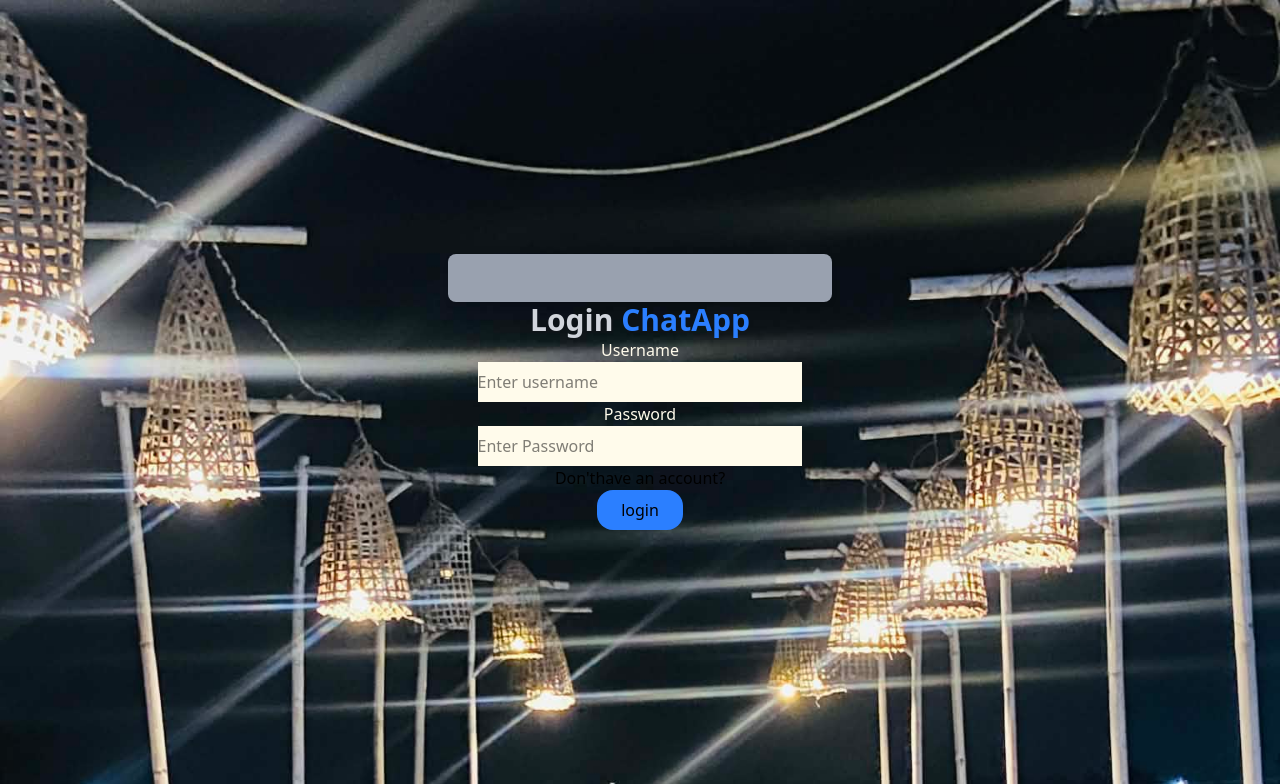
Repository: ridhukhan/chatapp
Page: / (app in frontend/)
These files come from the project's save history. The page is drawn as it stood at one moment and after the next save; the edit follows.
The browser window is 1280 px wide. The pictures show the whole page.
Backgrounds fixed to the window are drawn as part of the page. The project was rebuilt for these pictures with package versions that can differ from the ones it lists, and the page was loaded fresh each time. Also part of the build but not shown: frontend/vite.config.js.

Above is the page before, as saved 2025-12-25 13:02:30.

### frontend/src/index.css
@import "tailwindcss";


body{

background-image: url("/bg1.jpeg");
background-repeat: no-repeat;
background-size: cover;
background-position: center;
background-attachment: fixed;
}

### frontend/src/App.jsx

import './App.css'
import Login from './Pages/login/Login'

function App() {

  return (
    <div className='p-4 h-screen flex items-center justify-center'>
     <Login/>
    </div>
  )
}

export default App

### frontend/src/Pages/login/Login.jsx
import React from 'react'
import { useState } from 'react'
const Login = () => {
const [username,setUsername]=useState("")
const [password,setPassword]=useState("")


  return (
    <div className='flex flex-col items-center justify-center min-w-96 mx-auto'>

<div className='w-full p-6 rounded-lg shadow-md bg-gray-400 bg-clip-padding backdrop-filter backdrop-blur-lg bg-opacity-0'></div>
<h1 className='text-3xl font-semibold text-center text-gray-300'>
					Login
					<span className='text-blue-500'> ChatApp</span>
				</h1>

<form>

<div>
    <label className='label p-2'>
        <span className='text-base label-text text-amber-50'>Username</span>
    </label>
    <input type="text" placeholder='Enter username'  className='w-full input input-borderd h-10 bg-amber-50'
    value={username}
    onChange={(e)=>setUsername(e.target.value)}

    />
</div>
<div>
    <label className='label p-2'>
        <span className='text-base label-text text-amber-50'>Password</span>
    </label>
    <input type="text" placeholder='Enter Password'  className='w-full input input-borderd h-10 bg-amber-50'
    value={password}
    onChange={(e)=>setPassword(e.target.value)}

    />
</div>
<a href='#'>{"Don't" }have an account?</a>

<div>
<button className='bg-blue-500 px-6 rounded-2xl py-2'> login</button>

</div>
</form>

    </div>
  )
}

export default Login

Loaded but not shown: frontend/index.html (common file); frontend/src/main.jsx (common file); frontend/src/App.css (common file)

After the next save:
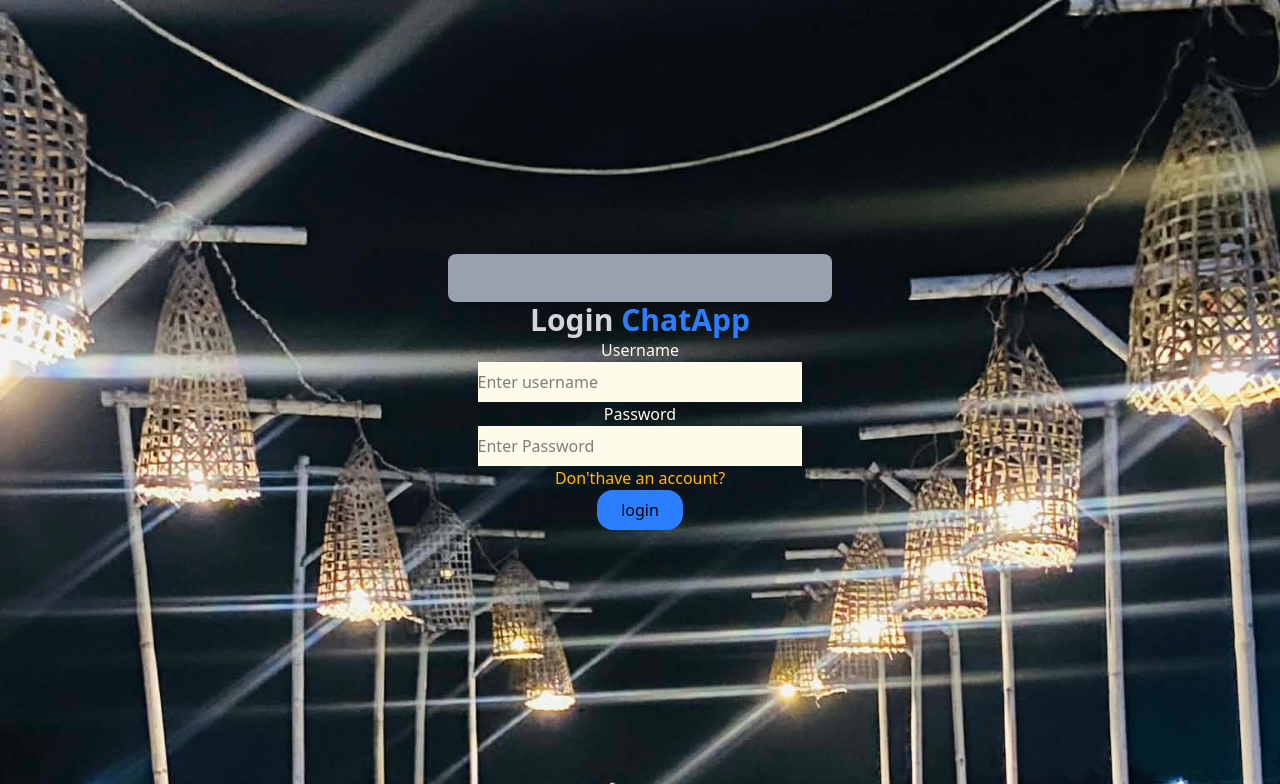
Saved 75 s later.
--- a/frontend/src/Pages/login/Login.jsx
+++ b/frontend/src/Pages/login/Login.jsx
@@ -36,7 +36,7 @@
 
     />
 </div>
-<a href='#'>{"Don't" }have an account?</a>
+<a href='#' className='text-amber-400'>{"Don't" }have an account?</a>
 
 <div>
 <button className='bg-blue-500 px-6 rounded-2xl py-2'> login</button>
